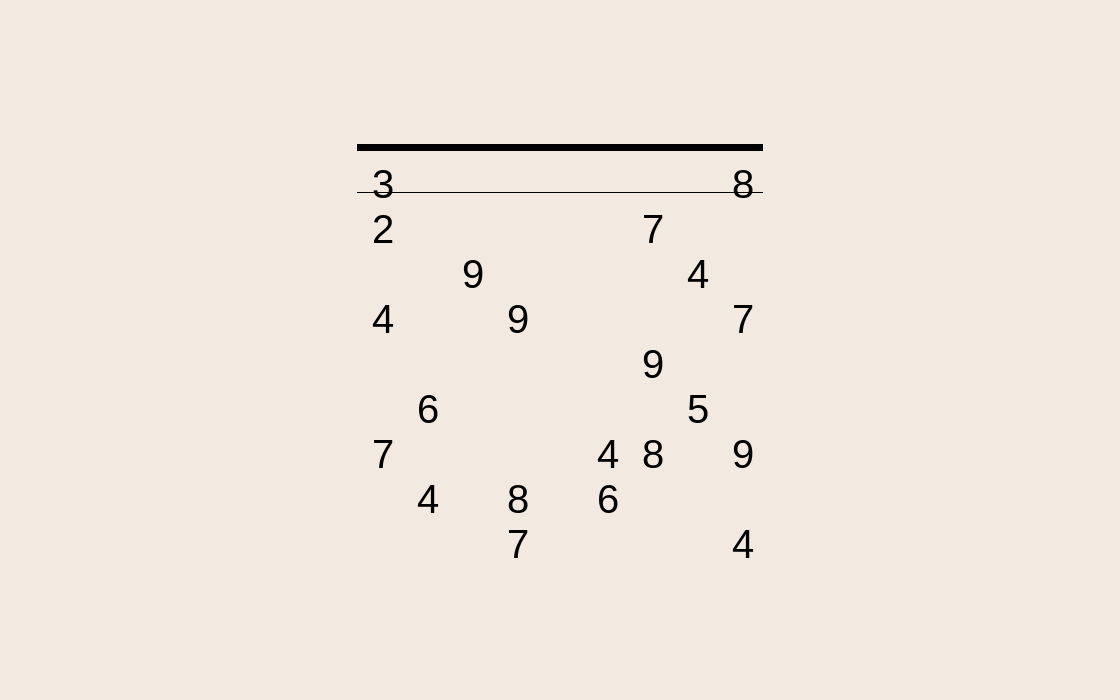
Repository: JensVL96/Puzzle-solver-for-fun
Script's output: python sudoku.py
The author's editor kept a copy of each file at every save. The script's output is drawn from the files as they stood at one save, then again after the next save.
The window is shown after at most 60 frames with no key pressed. A system font it names is replaced by a similar one. Random numbers start from a fixed seed.

Above is the script's output before, as saved 2020-11-08 11:13:30.

### sudoku.py
# -*- coding: utf-8 -*-
from __future__ import print_function
from config import *
from create_board import *
from solve_bloard import *
from display_board import *

from string import *
from math import floor
import pygame as pg
import numpy as np

# For error highlighting
def set_highlight(row, col, blk, lock):
    global input_lock
    input_lock = lock
    global row_index
    row_index = row
    global col_index
    col_index = blk
    global blk_index
    blk_index = col

def get_cord(pos):
    global box_index_x
    box_index_x = int((pos[0] - TOP_LX)//BLOCK_SIZE)
    global box_index_y
    box_index_y = int((pos[1] - TOP_LY)//BLOCK_SIZE)


def valid(grid, x, y, val):
    input_lock = 0
    row = col = blk = (0, 0)

    for index in range(9):
        # Check if value in column
        if grid[x][index] == val:
            col = (x, index)
            input_lock = 1

        # Check if value in row
        if grid[index][y] == val:
            row = (index, y)
            input_lock = 1

    # Finds the block
    index_x = x // 3 # integer division
    index_y = y // 3

    # Check if value in block
    for i in range(index_x * 3, index_x * 3 + 3):
        for j in range (index_y * 3, index_y * 3 + 3):
            if grid[i][j] == val:
                blk = (i, j)
                input_lock = 1

    if input_lock == 1:
        set_highlight(row, col, blk, input_lock)
        return False

    return True

def valid_cdt(cdt_list, val):
    if type(cdt_list) == int:   # ignore
        return True

    if len(cdt_list) > 9:
        return False
    else:
        for iter in cdt_list:
            if iter == val:
                return False

    return True

class Main():
    def __init__(self):
        self.board = []
        self.run()

    def run(self):
        pg.init()
        self.screen = pg.display.set_mode(SCREEN_RES)
        pg.display.set_caption('Sudoku solver')

        display = Display_board(self.screen)

        val = 0
        blink = False
        alpha = 1
        a_change = True
        blink_color = GREEN
        candidates = []

        get_cord(INITIAL_CORDS)
        set_highlight(INITIAL_CORDS, INITIAL_CORDS, INITIAL_CORDS, INITIAL_LOCK)

        board = create_board().board

        while 1:
            for event in pg.event.get():
                if event.type == pg.QUIT or (event.type == pg.KEYDOWN and event.key == pg.K_ESCAPE):
                    exit()
                if event.type == pg.MOUSEBUTTONDOWN and input_lock != 1:
                    pos = pg.mouse.get_pos()
                    get_cord(pos)

                    # Checks if selection is on the board
                    if pos[0] < TOP_LX or pos[1] < TOP_LY or pos[0] > int(BOT_RX) or pos[1] > int(BOT_RY):
                        blink = False
                    else:
                        blink = True
                if event.type == pg.KEYDOWN and input_lock != 1:
                    if event.key == pg.K_1:
                        val = 1
                    if event.key == pg.K_2:
                        val = 2
                    if event.key == pg.K_3:
                        val = 3
                    if event.key == pg.K_4:
                        val = 4
                    if event.key == pg.K_5:
                        val = 5
                    if event.key == pg.K_6:
                        val = 6
                    if event.key == pg.K_7:
                        val = 7
                    if event.key == pg.K_8:
                        val = 8
                    if event.key == pg.K_9:
                        val = 9
                    if event.key == pg.K_BACKSPACE:
                        board[int(box_index_x)][int(box_index_y)] = 0
                elif event.type == pg.KEYDOWN and input_lock == 1:
                    if event.key == pg.K_BACKSPACE:
                        val = 0
                        set_highlight(INITIAL_CORDS, INITIAL_CORDS, INITIAL_CORDS, INITIAL_LOCK)
                        blink_color = GREEN
                        board[int(box_index_x)][int(box_index_y)] = 0

            if val != 0:
                # display.draw_val(val, box_index_x, box_index_y)
                candidates = []
                print("value: ", val,"occupying position: ", board[box_index_x][box_index_y])

                if valid(board, box_index_x, box_index_y, val):
                    if type(board[box_index_x][box_index_y]) == 0:  # No candidates
                        board[box_index_x][box_index_y] = val
                    elif type(board[box_index_x][box_index_y]) == int: # Switching from number to list
                        candidates.append(val)
                        board[box_index_x][box_index_y] = candidates
                    elif valid_cdt(board[box_index_x][box_index_y], val): # Adding candidate to list
                        candidates = board[box_index_x][box_index_y]
                        candidates.append(val)
                        board[box_index_x][box_index_y] = candidates


            # Draws the screen
            pg.draw.rect(self.screen, BLACK, (0, 0, self.screen.get_width(), self.screen.get_height()))
            self.screen.fill(BEIGE)

            # find the cell selected
            cell = display.find_cell(box_index_x, box_index_y)

            # Draws the board
            display.draw(board, cell)

            # Check if cell is selected
            if blink:
                blink = display.blink(alpha, a_change)
                alpha = blink[0]
                a_change = blink[1]
                myRect = pg.Rect(cell)

                rectSurf = pg.Surface(myRect.size, pg.SRCALPHA)
                rectSurf.fill(blink_color)
                rectSurf.set_alpha(alpha)
                self.screen.blit(rectSurf, (myRect.x, myRect.y))

            # Check if incorrect input
            if input_lock == 1 and val != 0:
                display.update(board, row_index, col_index, blk_index)
                blink_color = RED

            val = 0

            # display.draw_box()

            pg.display.update()


        self.solution = solve_board(board)

        self.solution.assign_flags(board)

if __name__ == '__main__':
    Main()

### config.py


#   Screen info
SCREEN_HEIGHT = 700
SCREEN_WIDTH = int(SCREEN_HEIGHT * 1.6)
SCREEN_RES = (SCREEN_WIDTH, SCREEN_HEIGHT)

#   Colours
BLACK = (0,0,0)
GREY = (50,50,50)
GREEN = (0,255,0)
RED = (255, 0, 0)
WHITE = (255,255,255)
BEIGE = (242,234,224)

# Box info
BORDER_SIZE = 405
BLOCK_SIZE = BORDER_SIZE / 9
CELL_SIZE = BLOCK_SIZE / 9
# Corner coordinates
TOP_LX = (SCREEN_WIDTH / 2) - (BORDER_SIZE / 2)
TOP_LY = (SCREEN_HEIGHT / 2) - (BORDER_SIZE / 2)
TOP_RX = (SCREEN_WIDTH / 2) + (BORDER_SIZE / 2)
TOP_RY = (SCREEN_HEIGHT / 2) - (BORDER_SIZE / 2)
BOT_LX = (SCREEN_WIDTH / 2) - (BORDER_SIZE / 2)
BOT_LY = (SCREEN_HEIGHT / 2) + (BORDER_SIZE / 2)
BOT_RX = (SCREEN_WIDTH / 2) + (BORDER_SIZE / 2)
BOT_RY = (SCREEN_HEIGHT / 2) + (BORDER_SIZE / 2)

# Numbers
CANDIDATE_SIZE = 20
NUMBER_SIZE = 40
BOLD = 50

# Blinking
BLINK_SPEED = 0.3
BLINK_COLOR = GREEN
ERROR_COLOR = RED

INITIAL_CORDS = (-1, -1)
INITIAL_LOCK = 0

### create_board.py
from random import sample

class create_board():
    def __init__(self):
        self.base  = 3  # Will generate any size of random sudoku board in O(n^2) time
        self.side  = self.base * self.base
        self.nums  = sample(range(1, self.side + 1), self.side) # random numbers
        self.board = [[self.nums[(self.base * (r%self.base) + r//self.base + c)%self.side] for c in range(self.side) ] for r in range(self.side)]
        rows  = [ r for g in sample(range(self.base),self.base) for r in sample(range(g * self.base,(g + 1) * self.base), self.base) ]
        cols  = [ c for g in sample(range(self.base),self.base) for c in sample(range(g * self.base,(g + 1) * self.base), self.base) ]
        self.board = [[self.board[r][c] for c in cols] for r in rows]

        # print("\nInput:")
        # for line in self.board: print(line)

        squares = self.side * self.side
        empties = squares * 3//4
        for p in sample(range(squares),empties):
            self.board[p//self.side][p%self.side] = 0

        self.lines()

    def expandLine(self, line):
        return line[0]+line[5:9].join([line[1:5]*(self.base-1)]*self.base)+line[9:13]

    def lines(self):
        self.line0  = self.expandLine("╔═══╤═══╦═══╗")
        self.line1  = self.expandLine("║ . │ . ║ . ║")
        self.line2  = self.expandLine("╟───┼───╫───╢")
        self.line3  = self.expandLine("╠═══╪═══╬═══╣")
        self.line4  = self.expandLine("╚═══╧═══╩═══╝")

        self.draw()

    def draw(self):
        symbol = " 1234567890ABCDEFGHIJKLMNOPQRSTUVWXYZ"
        self.nums   = [ [""]+[symbol[n] for n in row] for row in self.board ]
        print(self.line0)
        for r in range(1,self.side+1):
            print( "".join(n+s for n,s in zip(self.nums[r-1],self.line1.split("."))) )
            print([self.line2,self.line3,self.line4][(r%self.side==0)+(r%self.base==0)])

### solve_bloard.py
class solve_board():
    def __init__(self, board):
        self.row = []
        self.col = []
        self.cell = []
        self.row_list = []
        self.col_list = []
        self.cell_list = []

        for space in range(9):
            self.col.append([])
            self.cell.append([])

        row_idx = 0
        for line in board:

            self.row.append(line)

            cell_idx = 0
            if row_idx >= 3:
                cell_idx = 3
            if row_idx >= 6:
                cell_idx = 6


            for col_idx in range(9):

                self.col[col_idx].insert(row_idx, line[col_idx])

                if col_idx % 3 == 0:
                    for triple in range(0, 3):
                        self.cell[cell_idx].insert(len(self.cell[row_idx]) + triple, line[col_idx + triple])
                    cell_idx += 1

            self.row_list.append(self.row)
            self.col_list.append(self.col)
            self.cell_list.append(self.cell)
            row_idx += 1

        print("\nrow:")
        for row in self.row_list[0]:
            print(row)
        # print("\ncolumn:")
        # for col in self.col_list[0]:
        #     print(col)
        # print("\ncell:")
        # for cell in self.cell_list[0]:
        #     print(cell)

    def assign_flags(self, board):
        self.flags = []
        row_idx = 0
        cell_idx = 0

        print("\n")
        for line in board:
            cell_idx = 0
            if row_idx >= 3:
                cell_idx = 3
            if row_idx >= 6:
                cell_idx = 6

            for index in range(9):
                # print("position: ", index, "value: ", line[index])

                # print("row", row_idx, "col", index, "cell", cell_idx)
                if (index % 3 == 0 and index != 0):
                    cell_idx += 1

                if line[index] == 0:
                    flag_idx = 0
                    temp_flag = []
                    for value in range(1, 10):
                        # print(value)
                        if self.row_flag(value, row_idx):
                            # print("found in row")
                            pass
                        elif self.col_flag(value, index):
                            # print("found in column")
                            pass
                        elif self.cell_flag(value, cell_idx):
                            # print("found in cell")
                            pass
                        else:
                            temp_flag.append(value)
                            flag_idx += 1
                    print(temp_flag)
                    self.flags.append(temp_flag)
            row_idx += 1

    def check_row(self):
        pass

    def column(self, x):
        pass

    def cell(self, row, col):
        pass

    def row_flag(self, index, row_idx):
        for row in self.row_list[0][row_idx]:
            # print("comparing in row ", row, "with ", index, "row_idx ", row_idx)
            if row == index:
                return 1
        return 0

    def col_flag(self, index, col_idx):
        for col in self.col_list[0][col_idx]:
            # print("comparing in column ", col, "with ", index, "col_idx ", col_idx)
            if col == index:
                return 1
        return 0

    def cell_flag(self, index, cell_idx):
        for cell in self.cell_list[0][cell_idx]:
            # print("comparing in cell ", cell, "with ", index, "cell_idx ", cell_idx)
            if cell == index:
                return 1
        return 0

### display_board.py
from config import *
import pygame as pg

class Display_board():
    def __init__(self, screen):
        self.screen = screen
        self.font_num = pg.font.SysFont("comicsans", NUMBER_SIZE)
        self.font_cdt = pg.font.SysFont("comicsans", CANDIDATE_SIZE)

    def draw_val(self, val, x, y):
        text1 = self.font_num.render(str(val), 1, BLACK)
        self.screen.blit(text1, (x * BLOCK_SIZE + 15, y * BLOCK_SIZE + 15))

    def draw_cdt(self, val, x, y):
        text1 = self.font_cdt.render(str(val), 1, BLACK)
        self.screen.blit(text1, (x * BLOCK_SIZE + 1, y * BLOCK_SIZE + 1))

    def on_mouse_press(self, x, y, symbol, modifier):
        pass

    def draw(self, grid, cell):
        for i in range (9):
            for j in range (9):
                if grid[i][j] != 0:
                    if type(grid[i][j]) != int:
                        self.draw_candidates(grid, cell)
                    else:
                        text1 = self.font_num.render(str(grid[i][j]), 1, BLACK)
                        self.screen.blit(text1, (TOP_LX + i * BLOCK_SIZE + 15, TOP_LY + j * BLOCK_SIZE + 14))

        size = 0
        TOPLx_coord = TOP_LX
        TOPLy_coord = TOP_LY
        TOPRy_coord = TOP_RY
        BOTLx_coord = BOT_LX
        # for i in range(10):
        #     print("\nline: ---", i, "---")
        #     print("top corner: (", TOP_LX, ",", TOP_LY, ")")
        #     if i % 3 == 0:
        #         print("thick")
        #         thick = 7
        #     else:
        #         print("thin")
        #         thick = 1

        #     if (i + 2) % 3 == 0:
        #         print("increasing size: ", i)
        #         size += 7
        #     # else:
        #     #     size = 0
        #         TOPLx_coord += BLOCK_SIZE + size
        #         TOPLy_coord += BLOCK_SIZE + size
        #         TOPRy_coord += BLOCK_SIZE + size
        #         BOTLx_coord += BLOCK_SIZE + size
        #     check_diffX = TOPLx_coord
        #     check_diffY = TOPLy_coord

        #     #       thick           Thick     thin    thin  thick   thin    thin  thick   thin    thin  thick
        #     # TOP_LX -> TOP_RX & ( TOP_LY -> BS + 7 -> BS -> BS -> BS + 7 -> BS -> BS -> BS + 7 -> BS -> BS)
        #     print("Start horizontal: ", check_diffX, "end: ", TOPLx_coord)
        #     print("line size: ", size, "block size: ", BLOCK_SIZE, "total distance: ", BLOCK_SIZE + size)
        #     print("Start vertical: ", check_diffY, "end: ", TOPLy_coord)
        #     pg.draw.line(self.screen, BLACK, (TOP_LX,
        #                                     TOPLy_coord),
        #                                     (TOP_RX,
        #                                     TOPRy_coord), thick)
        #     pg.draw.line(self.screen, BLACK, (TOPLx_coord,
        #                                     TOP_LY),
        #                                     (BOTLx_coord,
        #                                     BOT_LY), thick)

        pg.draw.line(self.screen, BLACK, (TOP_LX, TOP_LY), (TOP_RX, TOP_RY), 7)
        pg.draw.line(self.screen, BLACK, (TOP_LX, TOP_LY + 45), (TOP_RX, TOP_RY + 45), 1)
        # pg.draw.line(self.screen, BLACK, (TOP_LX, TOP_LY), (TOP_RX, TOP_RY), 7)
        # pg.draw.line(self.screen, BLACK, (TOP_LX, TOP_LY), (TOP_RX, TOP_RY), 7)
        # pg.draw.line(self.screen, BLACK, (TOP_LX, TOP_LY), (TOP_RX, TOP_RY), 7)
        # pg.draw.line(self.screen, BLACK, (TOP_LX, TOP_LY), (TOP_RX, TOP_RY), 7)
        # pg.draw.line(self.screen, BLACK, (TOP_LX, TOP_LY), (TOP_RX, TOP_RY), 7)
        # pg.draw.line(self.screen, BLACK, (TOP_LX, TOP_LY), (TOP_RX, TOP_RY), 7)
        # pg.draw.line(self.screen, BLACK, (TOP_LX, TOP_LY), (TOP_RX, TOP_RY), 7)
        # pg.draw.line(self.screen, BLACK, (TOP_LX, TOP_LY), (TOP_RX, TOP_RY), 7)
        # pg.draw.line(self.screen, BLACK, (TOP_LX, TOP_LY), (TOP_RX, TOP_RY), 7)
        # pg.draw.line(self.screen, BLACK, (TOP_LX, TOP_LY), (TOP_RX, TOP_RY), 7)
        # pg.draw.line(self.screen, BLACK, (TOP_LX, TOP_LY), (TOP_RX, TOP_RY), 7)
        # pg.draw.line(self.screen, BLACK, (TOP_LX, TOP_LY), (TOP_RX, TOP_RY), 7)
        # pg.draw.line(self.screen, BLACK, (TOP_LX, TOP_LY), (TOP_RX, TOP_RY), 7)
        # pg.draw.line(self.screen, BLACK, (TOP_LX, TOP_LY), (TOP_RX, TOP_RY), 7)
        # pg.draw.line(self.screen, BLACK, (TOP_LX, TOP_LY), (TOP_RX, TOP_RY), 7)
        # pg.draw.line(self.screen, BLACK, (TOP_LX, TOP_LY), (TOP_RX, TOP_RY), 7)
        # pg.draw.line(self.screen, BLACK, (TOP_LX, TOP_LY), (TOP_RX, TOP_RY), 7)
        # pg.draw.line(self.screen, BLACK, (TOP_LX, TOP_LY), (TOP_RX, TOP_RY), 7)

            # For candidate placement
            # if i % 3 == 0:
            #     print(BLOCK_SIZE)
            #     pg.draw.line(self.screen, BLACK, (cell[0],
            #                                     cell[1] + i * (cell[2] / 9)),
            #                                     ((cell[0] + cell[2]),
            #                                     cell[1] + i * (cell[2] / 9)), 1)
            #     pg.draw.line(self.screen, BLACK, (cell[0] + i * (cell[3] / 9),
            #                                     cell[1]),
            #                                     (cell[0] + i * (cell[3] / 9),
            #                                     cell[1] + cell[3]), 1)

    def draw_candidates(self, grid, cell):
        new_line = 1
        iteration = 1
        indent = 15
        for number in grid[i][j]:
            if iteration % 3 == 1:    # Checking if first in line: 1, 4, 7
                text1 = self.font_cdt.render(str(number), 1, BLACK)
                self.screen.blit(text1, (cell[0] + 3, cell[1] + ((new_line - 1) * indent) + 2))
            else:
                text1 = self.font_cdt.render(str(number), 1, BLACK)
                self.screen.blit(text1, (cell[0] + ((iteration - 1) * indent) + 3, cell[1] + ((new_line - 1) * indent) + 2))
            if iteration % 3 == 0:      # checking if last in line: 3, 6
                new_line += 1
                iteration = 0

            iteration += 1


    def update(self, grid, row, col, blk):
        font_val = pg.font.SysFont("comicsans", BOLD)

        if row != (-1, -1):
            # Remove old number
            text1 = self.font_num.render(str(grid[row[0]][row[1]]), 1, WHITE)
            self.screen.blit(text1, (TOP_LX + row[0] * BLOCK_SIZE + 15, TOP_LY + row[1] * BLOCK_SIZE + 15))

            # Rewrite in bigger font
            text1 = font_val.render(str(grid[row[0]][row[1]]), 1, BLACK)
            self.screen.blit(text1, (TOP_LX + row[0] * BLOCK_SIZE + 14, TOP_LY + row[1] * BLOCK_SIZE + 10))

        if col != (-1, -1):
            # Remove old number
            text1 = self.font_num.render(str(grid[col[0]][col[1]]), 1, WHITE)
            self.screen.blit(text1, (TOP_LX + col[0] * BLOCK_SIZE + 15, TOP_LY + col[1] * BLOCK_SIZE + 15))

            # Rewrite in bigger font
            text1 = font_val.render(str(grid[col[0]][col[1]]), 1, BLACK)
            self.screen.blit(text1, (TOP_LX + col[0] * BLOCK_SIZE + 14, TOP_LY + col[1] * BLOCK_SIZE + 10))

        if blk != (-1, -1):
            # Remove old number
            text1 = self.font_num.render(str(grid[blk[0]][blk[1]]), 1, WHITE)
            self.screen.blit(text1, (TOP_LX + blk[0] * BLOCK_SIZE + 15, TOP_LY + blk[1] * BLOCK_SIZE + 15))

            # Rewrite in bigger font
            text1 = font_val.render(str(grid[blk[0]][blk[1]]), 1, BLACK)
            self.screen.blit(text1, (TOP_LX + blk[0] * BLOCK_SIZE + 14, TOP_LY + blk[1] * BLOCK_SIZE + 10))

    def find_cell(self, x, y):
        # Only applies glow when a cell is selected
        if x == -1 and y == -1:
            return

        width = BLOCK_SIZE
        height = BLOCK_SIZE

        # Adjustment in size if bordering a thick line
        if x % 3 == 0:  # If thick line on the left
            start_pos_x = TOP_LX + x * BLOCK_SIZE + 4
            width = BLOCK_SIZE# - 4
        else:
            start_pos_x = TOP_LX + x * BLOCK_SIZE + 1

        if (x + 1) % 3 == 0:    # If thick line on the right
            width = BLOCK_SIZE# - 3.5

        if y % 3 == 0:  # If thick line on the top
            start_pos_y = TOP_LY + y * BLOCK_SIZE + 4
            height = BLOCK_SIZE# - 4
        else:
            start_pos_y = TOP_LY + y * BLOCK_SIZE + 1

        if (y + 1) % 3 == 0:    # If thick line on the bottom
            height = BLOCK_SIZE# - 3.5

        return (start_pos_x, start_pos_y, width, height)

    def blink(self, alpha, a_change):
        if a_change:
            alpha += BLINK_SPEED
            if alpha >= 175:
                a_change = False
        elif a_change == False:
            alpha += -BLINK_SPEED
            if alpha <= 30:
                a_change = True

        return (alpha, a_change)

After the next save:
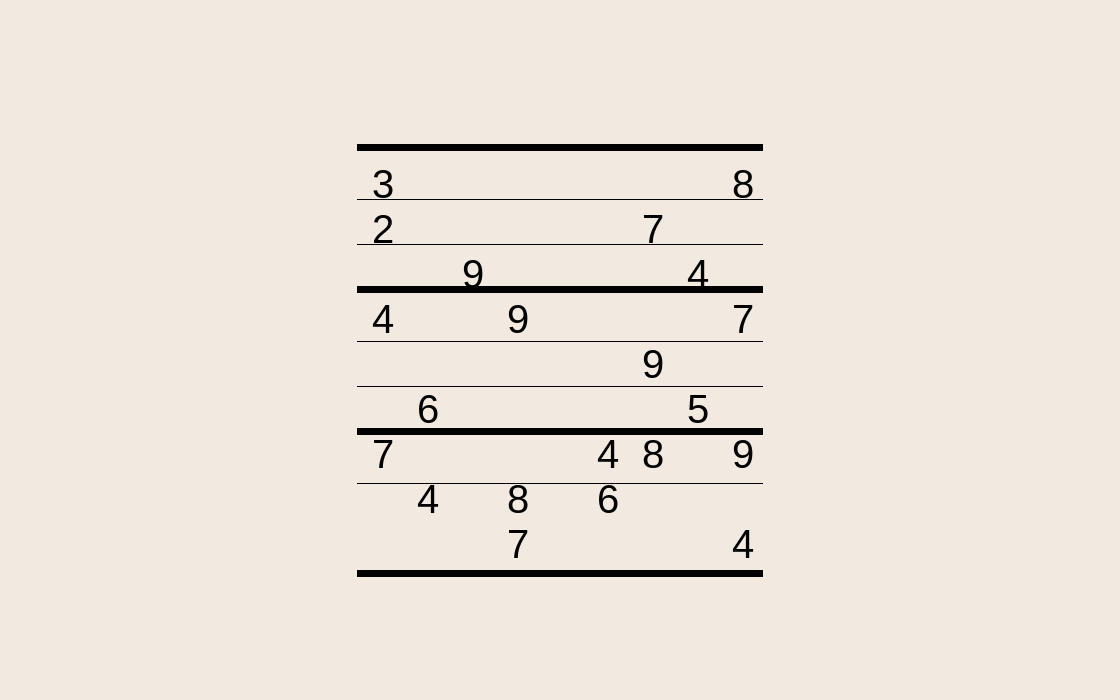
Saved 4 min 16 s later.
--- a/display_board.py
+++ b/display_board.py
@@ -70,15 +70,15 @@ class Display_board():
         #                                     BOT_LY), thick)
 
         pg.draw.line(self.screen, BLACK, (TOP_LX, TOP_LY), (TOP_RX, TOP_RY), 7)
-        pg.draw.line(self.screen, BLACK, (TOP_LX, TOP_LY + 45), (TOP_RX, TOP_RY + 45), 1)
-        # pg.draw.line(self.screen, BLACK, (TOP_LX, TOP_LY), (TOP_RX, TOP_RY), 7)
-        # pg.draw.line(self.screen, BLACK, (TOP_LX, TOP_LY), (TOP_RX, TOP_RY), 7)
-        # pg.draw.line(self.screen, BLACK, (TOP_LX, TOP_LY), (TOP_RX, TOP_RY), 7)
-        # pg.draw.line(self.screen, BLACK, (TOP_LX, TOP_LY), (TOP_RX, TOP_RY), 7)
-        # pg.draw.line(self.screen, BLACK, (TOP_LX, TOP_LY), (TOP_RX, TOP_RY), 7)
-        # pg.draw.line(self.screen, BLACK, (TOP_LX, TOP_LY), (TOP_RX, TOP_RY), 7)
-        # pg.draw.line(self.screen, BLACK, (TOP_LX, TOP_LY), (TOP_RX, TOP_RY), 7)
-        # pg.draw.line(self.screen, BLACK, (TOP_LX, TOP_LY), (TOP_RX, TOP_RY), 7)
+        pg.draw.line(self.screen, BLACK, (TOP_LX, TOP_LY + 52), (TOP_RX, TOP_RY + 52), 1)
+        pg.draw.line(self.screen, BLACK, (TOP_LX, TOP_LY + 52 + 45), (TOP_RX, TOP_RY + 52 + 45), 1)
+        pg.draw.line(self.screen, BLACK, (TOP_LX, TOP_LY + 52 + 45 + 45), (TOP_RX, TOP_RY + 52 + 45 + 45), 7)
+        pg.draw.line(self.screen, BLACK, (TOP_LX, TOP_LY + 52 + 45 + 45 + 52), (TOP_RX, TOP_RY + 52 + 45 + 45 + 52), 1)
+        pg.draw.line(self.screen, BLACK, (TOP_LX, TOP_LY + 52 + 45 + 45 + 52+ 45), (TOP_RX, TOP_RY + 52 + 45 + 45 + 52 + 45), 1)
+        pg.draw.line(self.screen, BLACK, (TOP_LX, TOP_LY + 52 + 45 + 45 + 52 + 45 + 45), (TOP_RX, TOP_RY + 52 + 45 + 45 + 52 + 45 + 45), 7)
+        pg.draw.line(self.screen, BLACK, (TOP_LX, TOP_LY + 52 + 45 + 45 + 52 + 45 + 45 + 52), (TOP_RX, TOP_RY + 52 + 45 + 45 + 52 + 45 + 45 + 52), 1)
+        pg.draw.line(self.screen, BLACK, (TOP_LX, TOP_LY + 52 + 45 + 45 + 52 + 45 + 45 + 52 + 45 + 45), (TOP_RX, TOP_RY + 52 + 45 + 45 + 52 + 45 + 45 + 52 + 45 + 45), 1)
+        pg.draw.line(self.screen, BLACK, (TOP_LX, TOP_LY + 52 + 45 + 45 + 52 + 45 + 45 + 52 + 45 + 45), (TOP_RX, TOP_RY + 52 + 45 + 45 + 52 + 45 + 45 + 52 + 45 + 45), 7)
         # pg.draw.line(self.screen, BLACK, (TOP_LX, TOP_LY), (TOP_RX, TOP_RY), 7)
         # pg.draw.line(self.screen, BLACK, (TOP_LX, TOP_LY), (TOP_RX, TOP_RY), 7)
         # pg.draw.line(self.screen, BLACK, (TOP_LX, TOP_LY), (TOP_RX, TOP_RY), 7)
